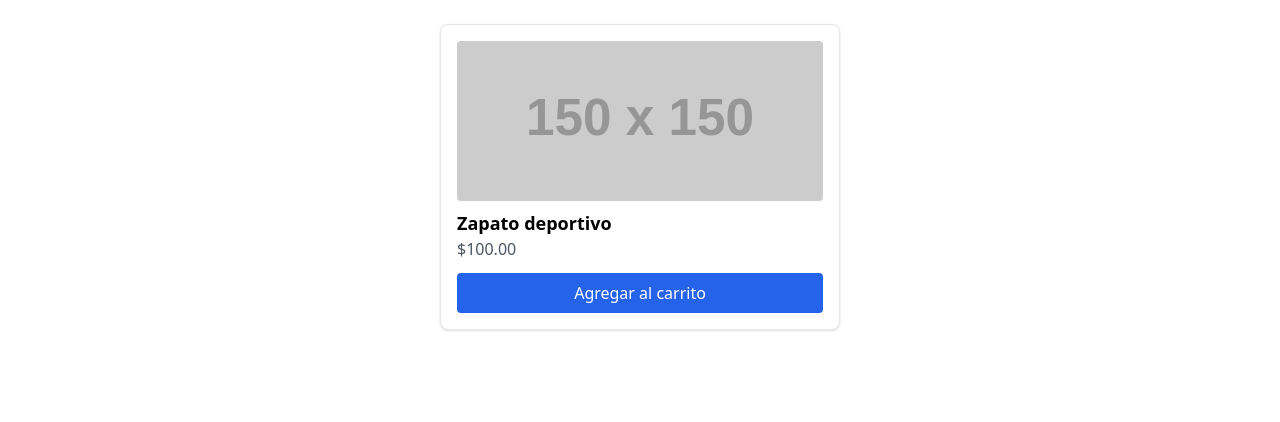
Repository: dienton82/nextjs-multifetch-demo
Page: /prueba-refactor
An editor plug-in stored every save of this project. The page is shown before and after the next save, followed by the edit.
The browser window is 1280 px wide. The pictures show the whole page.
The project was rebuilt for these pictures with package versions that can differ from the ones it lists, and the page was loaded fresh each time. The framework's server and built-in components were replaced by stand-ins that run in the browser.

Above is the page before, as saved 2025-05-28 03:50:39.

### pages/prueba-refactor.tsx
import ProductoCard from '../components/ProductoCard'; // ✅ ruta relativa

export default function PruebaRefactor() {
  return (
    <div className="p-6 max-w-md mx-auto">
      <ProductoCard
        nombre="Zapato deportivo"
        precio={100}
        imagen="https://via.placeholder.com/150"
        onAgregar={() => alert('Producto agregado')}
      />
    </div>
  );
}

### components/ProductoCard.tsx
type Producto = {
  nombre: string;
  precio: number;
  imagen: string;
  onAgregar: () => void;
};

export default function ProductoCard({ nombre, precio, imagen, onAgregar }: Producto) {
  return (
    <div className="border rounded-lg p-4 shadow hover:shadow-md transition bg-white">
      <img
        src={imagen}
        alt={`Imagen de ${nombre}`}
        className="w-full h-40 object-cover rounded"
      />
      <h2 className="mt-2 text-lg font-semibold">{nombre}</h2>
      <p className="text-gray-600">${precio.toFixed(2)}</p>
      <button
        onClick={onAgregar}
        className="mt-3 w-full bg-blue-600 text-white py-2 px-4 rounded hover:bg-blue-700 focus:outline-none focus:ring-2 focus:ring-blue-400"
        aria-label={`Agregar ${nombre} al carrito`}
      >
        Agregar al carrito
      </button>
    </div>
  );
}

Loaded but not shown: pages/_app.tsx (common file); styles/globals.css (common file); tailwind.config.js (common file)

After the next save:
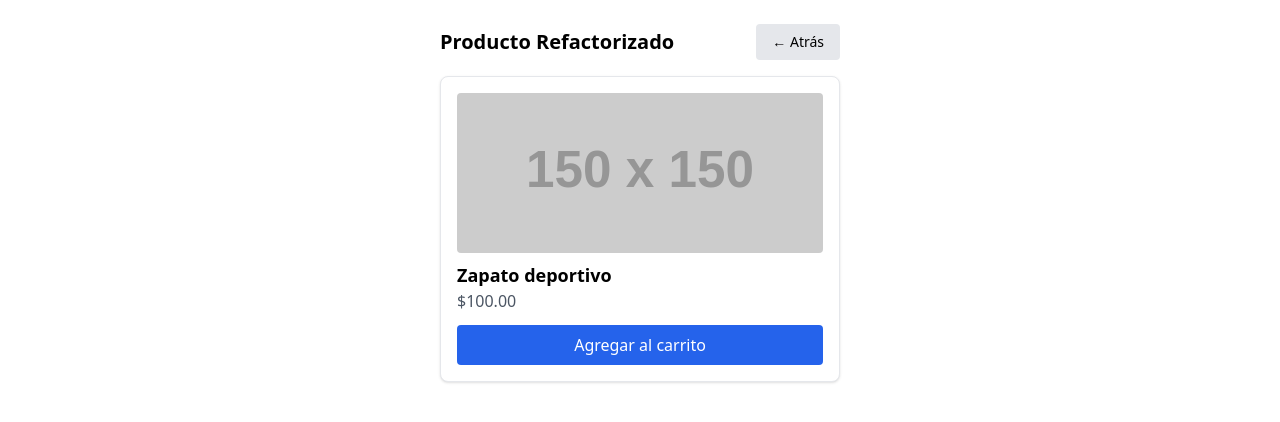
Saved 69 s later.
--- a/pages/prueba-refactor.tsx
+++ b/pages/prueba-refactor.tsx
@@ -1,13 +1,28 @@
-import ProductoCard from '../components/ProductoCard'; // ✅ ruta relativa
+"use client";
+
+import { useRouter } from "next/navigation";
+import ProductoCard from "../components/ProductoCard";
 
 export default function PruebaRefactor() {
+  const router = useRouter();
+
   return (
     <div className="p-6 max-w-md mx-auto">
+      <div className="flex items-center justify-between mb-4">
+        <h1 className="text-xl font-bold">Producto Refactorizado</h1>
+        <button
+          onClick={() => router.back()}
+          className="text-sm px-4 py-2 rounded bg-gray-200 hover:bg-gray-300 transition"
+        >
+          ← Atrás
+        </button>
+      </div>
+
       <ProductoCard
         nombre="Zapato deportivo"
         precio={100}
         imagen="https://via.placeholder.com/150"
-        onAgregar={() => alert('Producto agregado')}
+        onAgregar={() => alert("Producto agregado")}
       />
     </div>
   );
